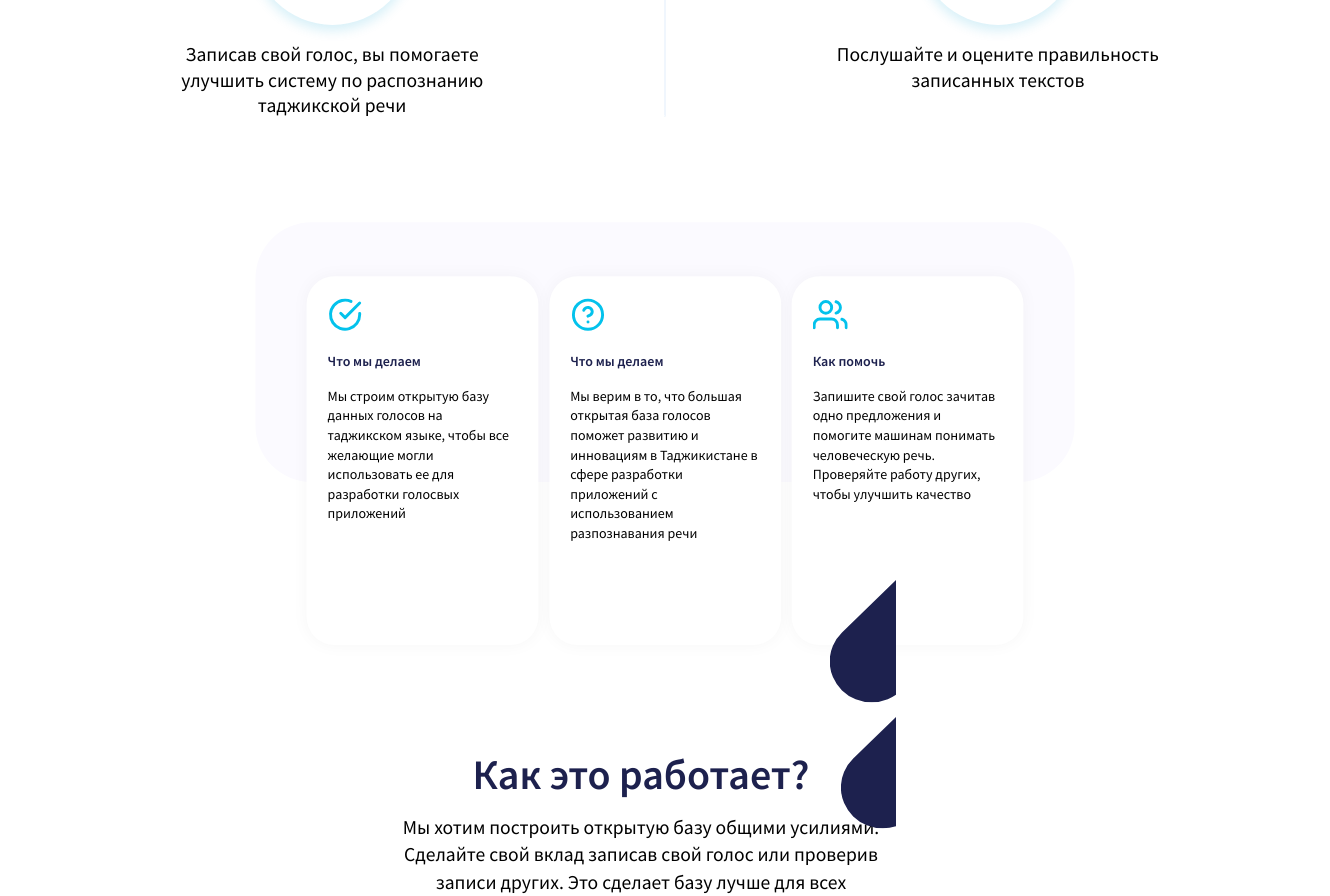
Repository: Amin444/Paymona-Sadp
Page: index.html
The author's editor kept a copy of each file at every save. The page is drawn from the files as they stood at one save, then again after the next save.
The browser window is 1280 px wide. The page is 1900 px wide, so the pictures cover 1900 px, including what lies to the right of the window. The pictures show the part of the page from y = 682 to 1962 px (the page is 1962 px tall), at 70% of full size.

Above is the page before, as saved 2021-11-11 18:20:56.

After the next save:
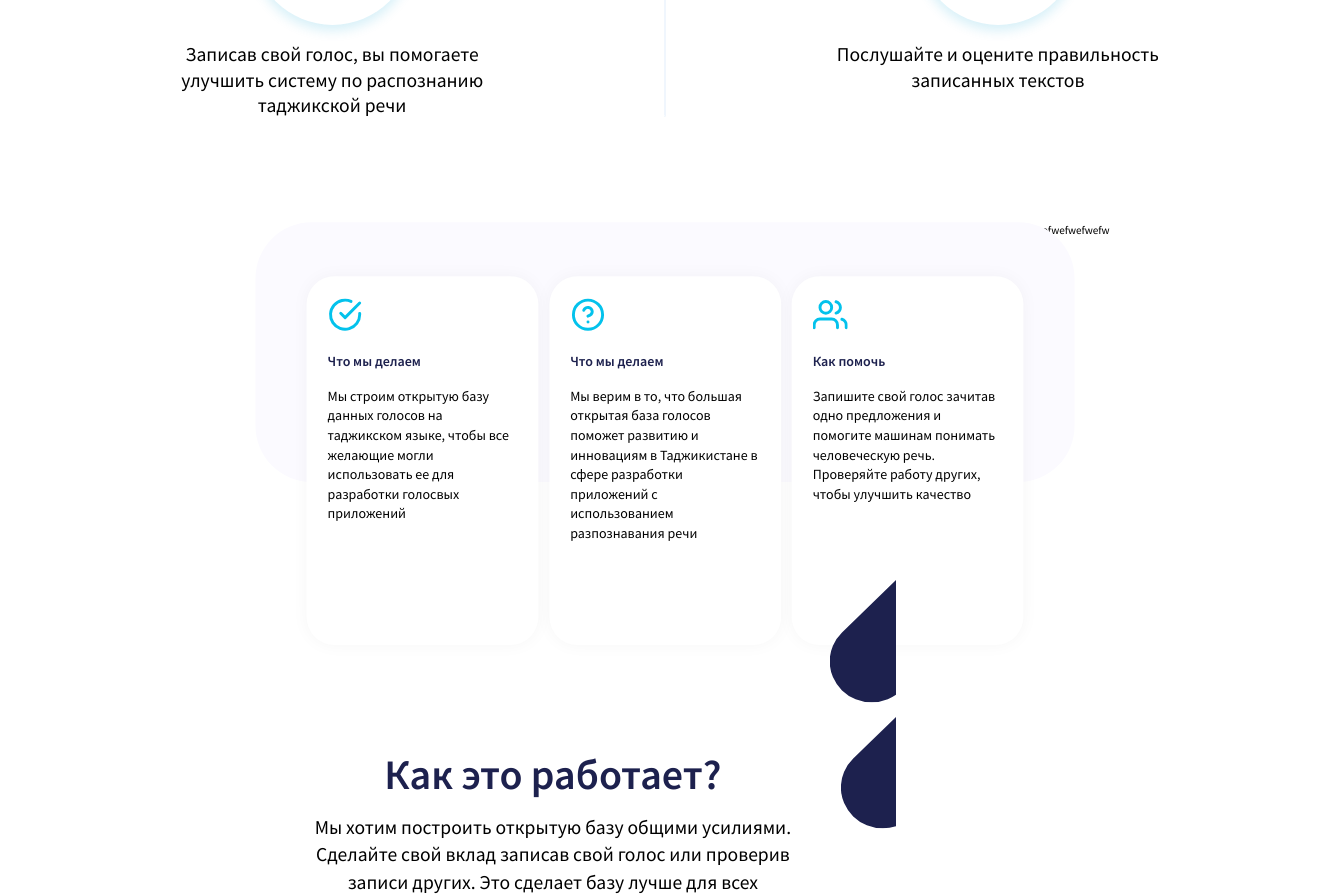
Saved 4 s later.
--- a/index.html
+++ b/index.html
@@ -111,7 +111,7 @@
               Это сделает базу лучше для всех</p>
           </div>
           <div class="example">
-              efweefwef
+              efweefwefewfwefwefwefwefwefwefwefwefwefw
           </div>
         </div>
 
